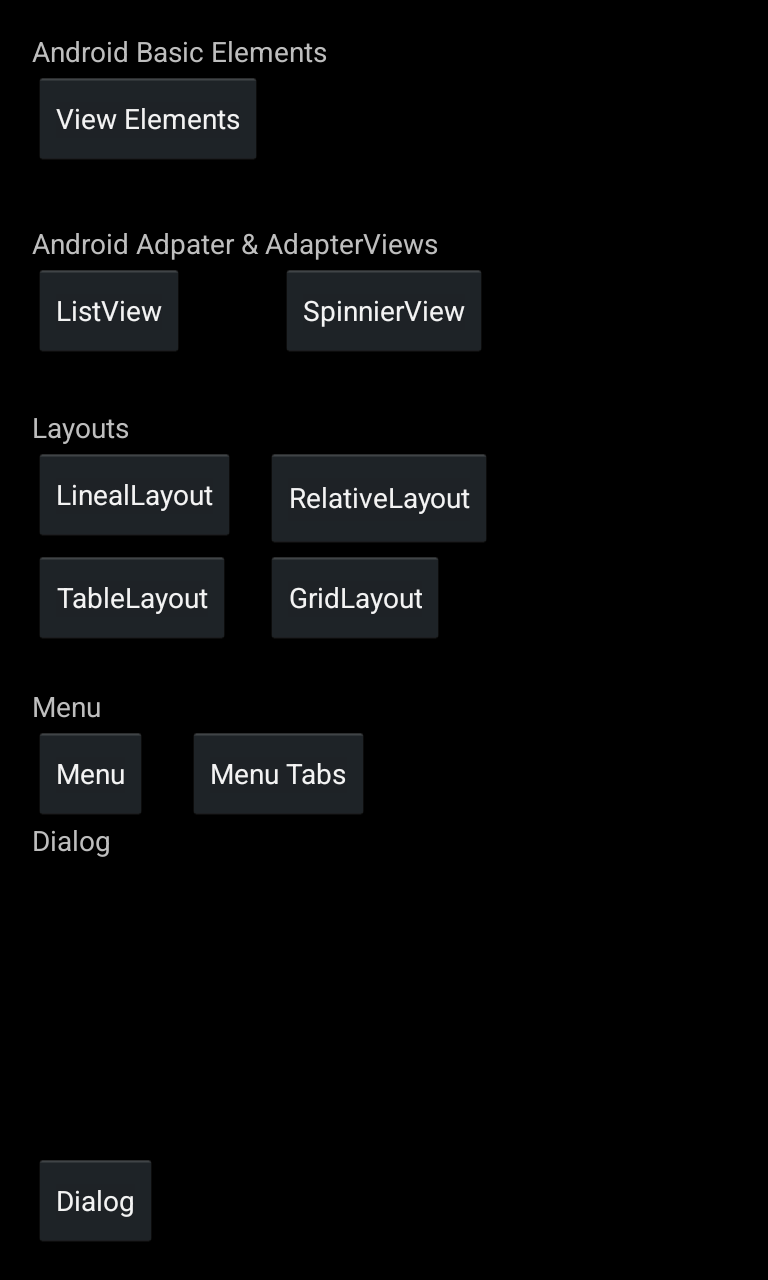
Repository: Amir13/Android_Basic_Steps
Layout: ViewElements/res/layout/activity_main_menu.xml
The author's editor kept a copy of each file at every save. The layout is drawn from the files as they stood at one save, then again after the next save.
It is drawn on a 768 x 1280 px phone screen (xhdpi) without system bars, with theme android:Theme.Holo; the app's code is not run.

Above is the layout before, as saved 2014-05-27 04:34:19.

### ViewElements/res/layout/activity_main_menu.xml
<RelativeLayout xmlns:android="http://schemas.android.com/apk/res/android"
    xmlns:tools="http://schemas.android.com/tools"
    android:layout_width="match_parent"
    android:layout_height="match_parent"
    android:paddingBottom="@dimen/activity_vertical_margin"
    android:paddingLeft="@dimen/activity_horizontal_margin"
    android:paddingRight="@dimen/activity_horizontal_margin"
    android:paddingTop="@dimen/activity_vertical_margin"
    tools:context=".MainMenuActivity" >

    <TextView
        android:id="@+id/textView1"
        android:layout_width="wrap_content"
        android:layout_height="wrap_content"
        android:text="@string/viewElements" />

    <TextView
        android:id="@+id/textView2"
        android:layout_width="wrap_content"
        android:layout_height="wrap_content"
        android:layout_alignParentLeft="true"
        android:layout_below="@+id/buttonViewElements"
        android:layout_marginTop="29dp"
        android:text="@string/groupsView" />

    <Button
        android:id="@+id/buttonViewGroups"
        style="?android:attr/buttonStyleSmall"
        android:layout_width="wrap_content"
        android:layout_height="wrap_content"
        android:layout_alignParentLeft="true"
        android:layout_below="@+id/textView2"
        android:text="@string/buttonListView" />

    <Button
        android:id="@+id/buttonSpinnerViewGroup"
        style="?android:attr/buttonStyleSmall"
        android:layout_width="wrap_content"
        android:layout_height="wrap_content"
        android:layout_alignBaseline="@+id/buttonViewGroups"
        android:layout_alignBottom="@+id/buttonViewGroups"
        android:layout_centerHorizontal="true"
        android:text="@string/spinnierView" />

    <Button
        android:id="@+id/buttonViewElements"
        style="?android:attr/buttonStyleSmall"
        android:layout_width="wrap_content"
        android:layout_height="wrap_content"
        android:layout_alignParentLeft="true"
        android:layout_below="@+id/textView1"
        android:text="@string/buttonViewElements" />

    <TextView
        android:id="@+id/textView3"
        android:layout_width="wrap_content"
        android:layout_height="wrap_content"
        android:layout_alignLeft="@+id/buttonViewGroups"
        android:layout_below="@+id/buttonViewGroups"
        android:layout_marginTop="25dp"
        android:text="@string/layoutType" />

    <Button
        android:id="@+id/buttonLinealLayout"
        style="?android:attr/buttonStyleSmall"
        android:layout_width="wrap_content"
        android:layout_height="wrap_content"
        android:layout_alignLeft="@+id/textView3"
        android:layout_below="@+id/textView3"
        android:text="@string/LinealLayout" />

    <Button
        android:id="@+id/buttonRelativeLayout"
        style="?android:attr/buttonStyleSmall"
        android:layout_width="wrap_content"
        android:layout_height="wrap_content"
        android:layout_alignTop="@+id/buttonLinealLayout"
        android:layout_toRightOf="@+id/buttonViewElements"
        android:lines="2"
        android:text="@string/RelativeLayout" />

    <Button
        android:id="@+id/buttonTableLayout"
        style="?android:attr/buttonStyleSmall"
        android:layout_width="wrap_content"
        android:layout_height="wrap_content"
        android:layout_alignLeft="@+id/buttonLinealLayout"
        android:layout_below="@+id/buttonRelativeLayout"
        android:text="@string/TableLayout" />

    <Button
        android:id="@+id/buttonGridLayout"
        style="?android:attr/buttonStyleSmall"
        android:layout_width="wrap_content"
        android:layout_height="wrap_content"
        android:layout_alignBaseline="@+id/buttonTableLayout"
        android:layout_alignBottom="@+id/buttonTableLayout"
        android:layout_alignLeft="@+id/buttonRelativeLayout"
        android:text="@string/GridLayout" />

    <TextView
        android:id="@+id/textView4"
        android:layout_width="wrap_content"
        android:layout_height="wrap_content"
        android:layout_alignLeft="@+id/buttonTableLayout"
        android:layout_below="@+id/buttonTableLayout"
        android:layout_marginTop="21dp"
        android:text="@string/menu" />

    <Button
        android:id="@+id/buttonMenu"
        style="?android:attr/buttonStyleSmall"
        android:layout_width="wrap_content"
        android:layout_height="wrap_content"
        android:layout_alignLeft="@+id/textView4"
        android:layout_below="@+id/textView4"
        android:text="@string/menu" />

    <Button
        android:id="@+id/buttonMenuTabs"
        style="?android:attr/buttonStyleSmall"
        android:layout_width="wrap_content"
        android:layout_height="wrap_content"
        android:layout_alignBaseline="@+id/buttonMenu"
        android:layout_alignBottom="@+id/buttonMenu"
        android:layout_toRightOf="@+id/buttonViewGroups"
        android:text="@string/menu_tabs" />

    <TextView
        android:id="@+id/textDialog"
        android:layout_width="wrap_content"
        android:layout_height="wrap_content"
        android:layout_alignLeft="@+id/buttonMenu"
        android:layout_below="@+id/buttonMenu"
        android:text="@string/dialog" />

    <Button
        android:id="@+id/buttonDialog"
        style="?android:attr/buttonStyleSmall"
        android:layout_width="wrap_content"
        android:layout_height="wrap_content"
        android:layout_alignLeft="@+id/textDialog"
        android:layout_alignParentBottom="true"
        android:text="@string/dialog" />

</RelativeLayout>

### ViewElements/res/values/strings.xml
<?xml version="1.0" encoding="utf-8"?>
<resources>

    <string name="app_name">Android Elements</string>

    <string-array name="Titles">
        <item>Just quotes</item>
        <item>Button &amp; Toggle button</item>
        <item>Checkbox &amp; Ratting Bar</item>
        <item>AutoCompleteTextView</item>
        <item>RadioGroup</item>
    </string-array>
    <string-array name="Quotes">
        <item>The menu was made with frames and the following options who the basic elements.</item>
        <item>As flies to wanton boys, are we to the gods; they kill us for their sport.</item>
        <item>There is a tide in the affairs of men, which taken at the flood, leads on to fortune. Omitted, all the voyage of their life is bound in shallows and in miseries.</item>
    </string-array>
    <string-array name="colors">
        <item>red</item>
        <item>orange</item>
        <item>yellow</item>
        <item>green</item>
        <item>blue</item>
        <item>indigo</item>
        <item>violet</item>
        <item>aqua</item>
        <item>black</item>
        <item>fuchsia</item>
        <item>gray</item>
        <item>grey</item>
        <item>lime</item>
        <item>maroon</item>
        <item>navy</item>
        <item>olive</item>
        <item>purple</item>
        <item>silver</item>
        <item>teal</item>
        <item>white</item>
    </string-array>

    <string name="button">Button</string>
    <string name="title_activity_invoking">InvokingActivity</string>
    <string name="menu_agenda">Agenda </string>
    <string name="menu_directions">Direction </string>
    <string name="menu_submenu">Submenu </string>
    <string name="submenu_opc1">Submenu 1 </string>
    <string name="menu_actionbar">ActionBar</string>
    <string name="submenu_actionbar">Submenu ActionBar</string>
    <string name="second_activity">This activity was invoked by a button!!</string>
    <string name="togglebutton">ToggleButton</string>
    <string name="checkbox">CheckBox Example</string>
    <string name="textview">Type a Country:</string>
    <string name="title_activity_list_view">ListView</string>
    <string name="viewElements">Android Basic Elements</string>
    <string name="groupsView">Android Adpater &amp; AdapterViews</string>
    <string name="title_activity_spinner_vg">SpinnerVG</string>
    <string name="spinner">Pick a Color. Any Color.</string>
    <string name="title_activity_main_menu">Android Elements</string>
    <string name="buttonViewElements">View Elements</string>
    <string name="buttonListView">ListView</string>
    <string name="spinnierView">SpinnierView</string>
    <string name="layoutType">Layouts</string>
    <string name="title_activity_lineal_layout">LinealLayoutActivity</string>
    <string name="hello_world">Hello world!</string>
    <string name="menu_description">Press and Hold this message to show the Context Menu</string>
    <string name="menu_description2">Push the menu button to display the second menu.</string>
    <string name="menu_description3">The ActionBar appear using "android:showAsAction="ifRoom|withText"". Rotate to portrait mode to see the difference.</string>
    <string name="LinealLayout">LinealLayout</string>
    <string name="RelativeLayout">RelativeLayout</string>
    <string name="title_activity_relative_layout">RelativeLayoutActivity</string>
    <string name="relativeLayoutDescription">In the RelativeLayout the elemetnts are arreged according the position of the other elements.</string>
    <string name="TableLayout">TableLayout</string>
    <string name="GridLayout">GridLayout</string>
    <string name="title_activity_table_layout">TableLayoutActivity</string>
    <string name="tableLayoutDescription">This layout is formed by &lt;TableRow> and inside each element define the column of its position. android:layout_column="1"</string>
    <string name="title_activity_grid_layout">GridLayoutActivity</string>
    <string name="title_activity_menu">MenuActivity</string>
    <string name="action_settings">Settings</string>
    <string name="menu">Menu</string>
    <string name="menu_context">Context Menu</string>
    <string name="menu_context_op1">Context Option 1</string>
    <string name="menu_context_op2">Context Option 2</string>
    <string name="menu_context_op3">Context Option 3</string>
    <string name="menu_fragment">fragment</string>
    <string name="menu_tabs">Menu Tabs</string>
    <string name="title_activity_manu_activity_tabs">ManuActivityTabs</string>
    <string name="dialog">Dialog</string>

</resources>

Loaded but not shown: ViewElements/res/values/dimens.xml (common file)

After the next save:
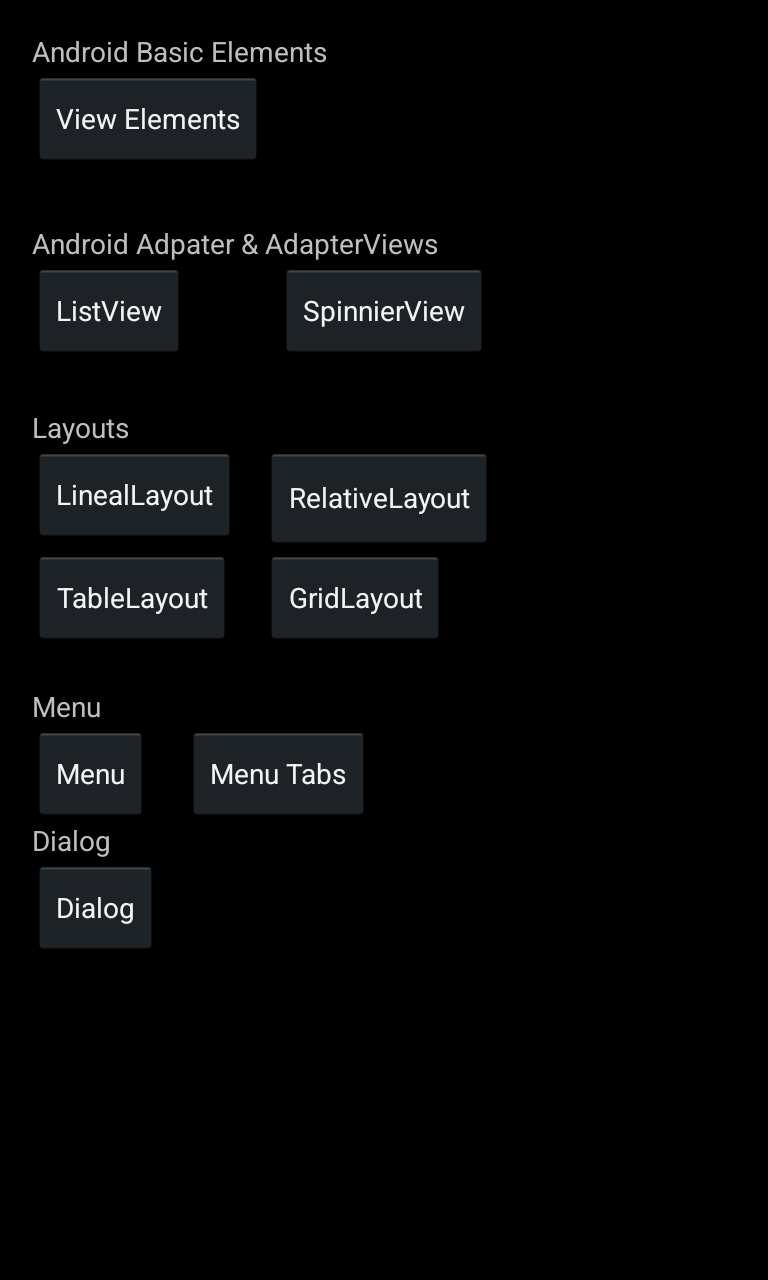
Saved 47 s later.
--- a/ViewElements/res/layout/activity_main_menu.xml
+++ b/ViewElements/res/layout/activity_main_menu.xml
@@ -140,7 +140,7 @@
         android:layout_width="wrap_content"
         android:layout_height="wrap_content"
         android:layout_alignLeft="@+id/textDialog"
-        android:layout_alignParentBottom="true"
+        android:layout_below="@+id/textDialog"
         android:text="@string/dialog" />
 
 </RelativeLayout>
